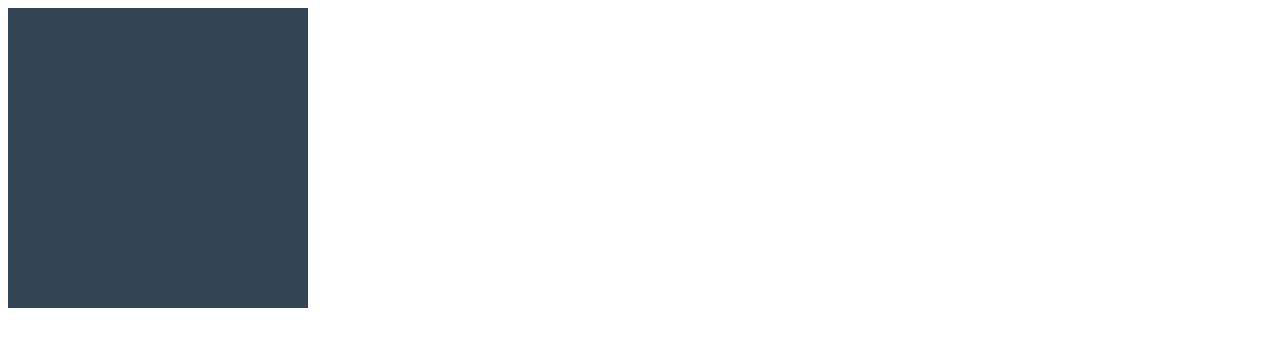
Repository: SeungjaeYu/webstudy
Page: webstudy/14_javascript/ch07_style/test05.html
An editor plug-in stored every save of this project. The page is shown before and after a run of saves, followed by the edit.
The browser window is 1280 px wide. The pictures show the whole page.

Above is the page before, as saved 2019-10-01 11:43:58.

After the next 2 saves:
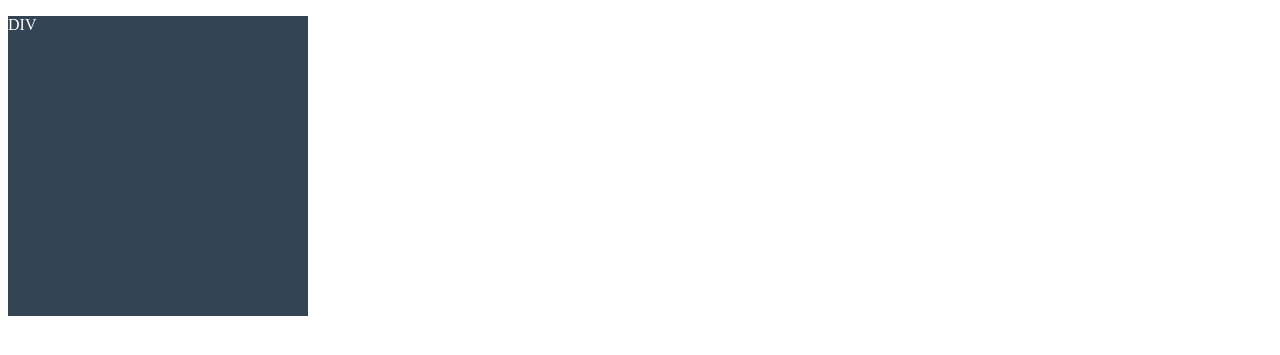
The 2 saves are shown as one change because they came seconds apart.
The last was saved 36 s later.
--- a/webstudy/14_javascript/ch07_style/test05.html
+++ b/webstudy/14_javascript/ch07_style/test05.html
@@ -14,7 +14,7 @@
 </head>
 <body>
     <div style="width: 300px; height: 300px;">
-
+        <p>DIV</p>
     </div>
 </body>
 </html>
